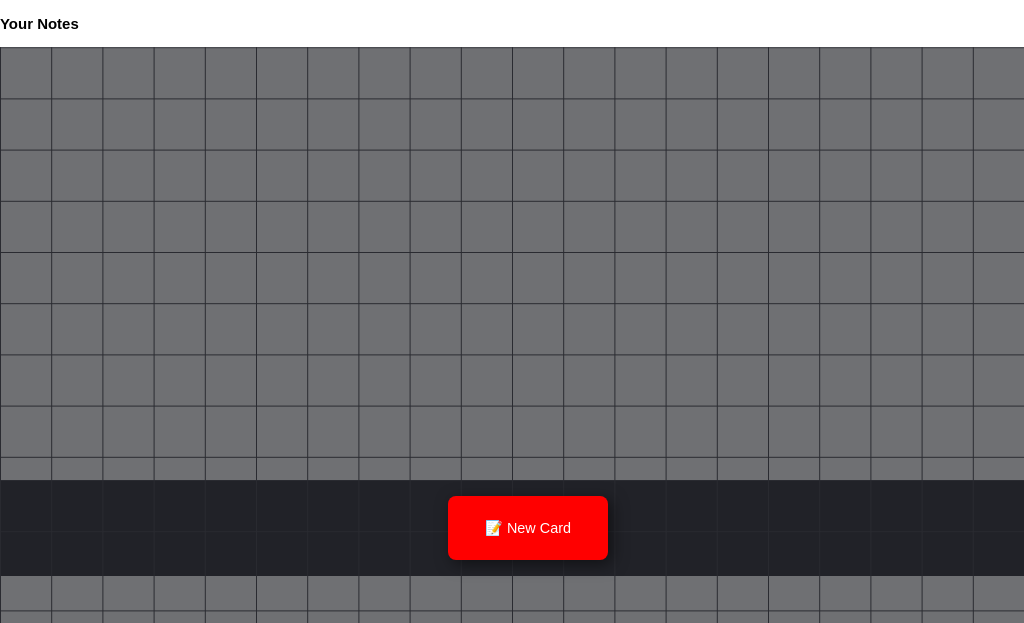
Repository: ErvinClay13/Memo-Glow
Page: index.html
These files come from the project's save history. The page is drawn as it stood at one moment and after a run of saves; the edit follows.
The browser window is 1280 px wide. The pictures show the whole page, at 80% of full size.

Above is the page before, as saved 2025-03-28 17:35:36.
Console error: SyntaxError: Identifier 'cardCount' has already been declared

After the next 3 saves:
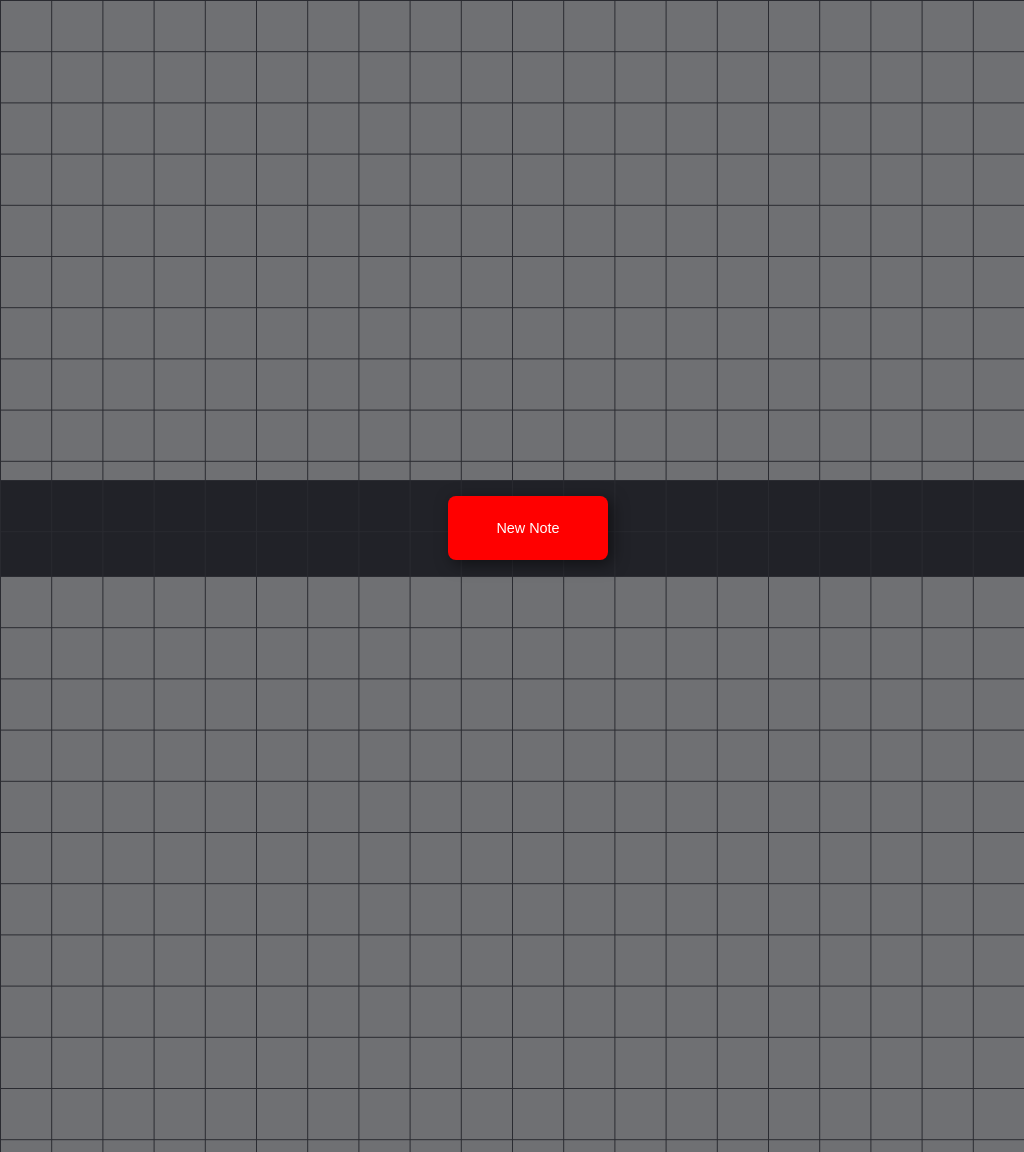
The error is gone.
The 3 saves are shown as one change because they came seconds apart.
The last was saved 20 s later.
--- a/index.html
+++ b/index.html
@@ -6,7 +6,7 @@
     <link rel="stylesheet" href="style.css">
     <title>Document</title>
 </head>
-<!-- <body>
+<body>
     <div id="container">
         <div id="card"></div>
         <div id="card2" style="display: none;"></div>
@@ -30,26 +30,6 @@
     <div class="footer">
         <button id="addCardBtn"> New Note</button>
     </div>
-</body> -->
-
-
-
-
-
-<body>
-    <div id="sidebar">
-        <h3>Your Notes</h3>
-        <ol id="noteList"></ol>
-    </div>
-
-    <div id="container"></div>
-
-    <div class="footer">
-        <button id="addCardBtn">📝 New Card</button>
-    </div>
-
-    <script src="script.js"></script>
 </body>
-
 <script src="script.js"></script>
 </html>
